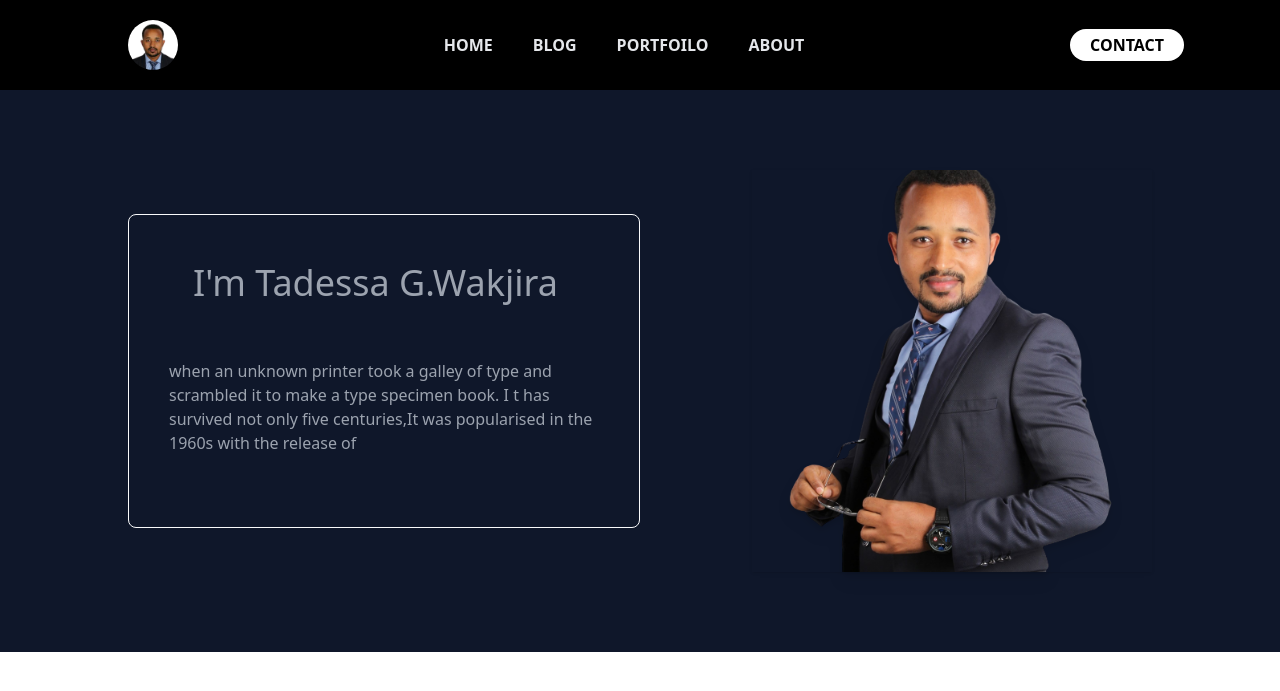
Repository: Elias-Kibret/Tade-portfoilo
Page: /
These files come from the project's save history. The page is drawn as it stood at one moment and after the next save; the edit follows.
The browser window is 1280 px wide. The pictures show the whole page.
The project was rebuilt for these pictures with package versions that can differ from the ones it lists, and the page was loaded fresh each time. The framework's server and built-in components were replaced by stand-ins that run in the browser. Also part of the build but not shown: next.config.js.

Above is the page before, as saved 2022-06-27 08:32:36.

After the next save:
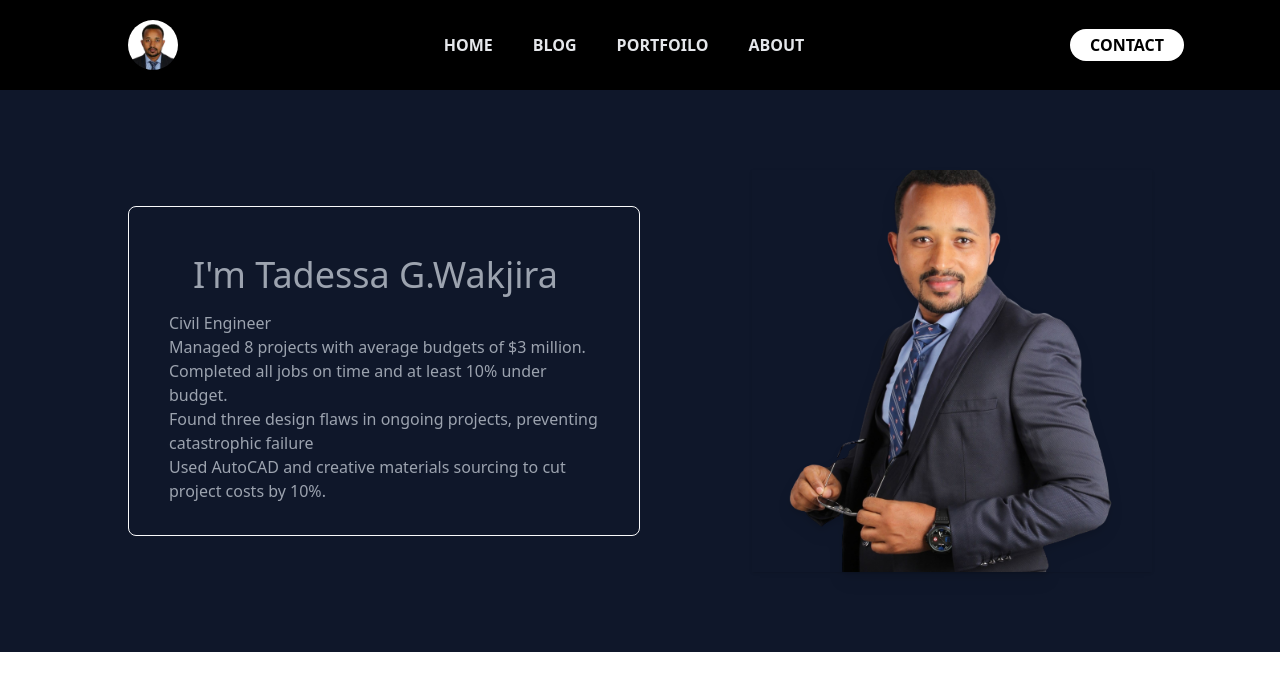
Saved 3 min 51 s later.
--- a/components/Hero.tsx
+++ b/components/Hero.tsx
@@ -8,11 +8,15 @@ const Hero = () => {
       <h1 className="text-4xl py-4 px-6 ">
         I'm Tadessa G.Wakjira
       </h1>
-      <p className="my-10">
-      when an unknown printer took a galley of type and
-      scrambled it to make a type specimen book. I
-      t has survived not only five centuries,It was popularised in the 1960s with the release of
-      </p>
+ <div>
+ <h2>Civil Engineer</h2>
+ <ul>
+  <li>Managed 8 projects with average budgets of $3 million.</li>
+  <li>Completed all jobs on time and at least 10% under budget.</li>
+  <li>Found three design flaws in ongoing projects, preventing catastrophic failure</li>
+  <li>Used AutoCAD and creative materials sourcing to cut project costs by 10%.</li>
+ </ul>
+ </div>
     </div>
     <div  className='drop-shadow-lg'>
       <Image src={heroImage}  className="shadow" width={400} height={400}/>
